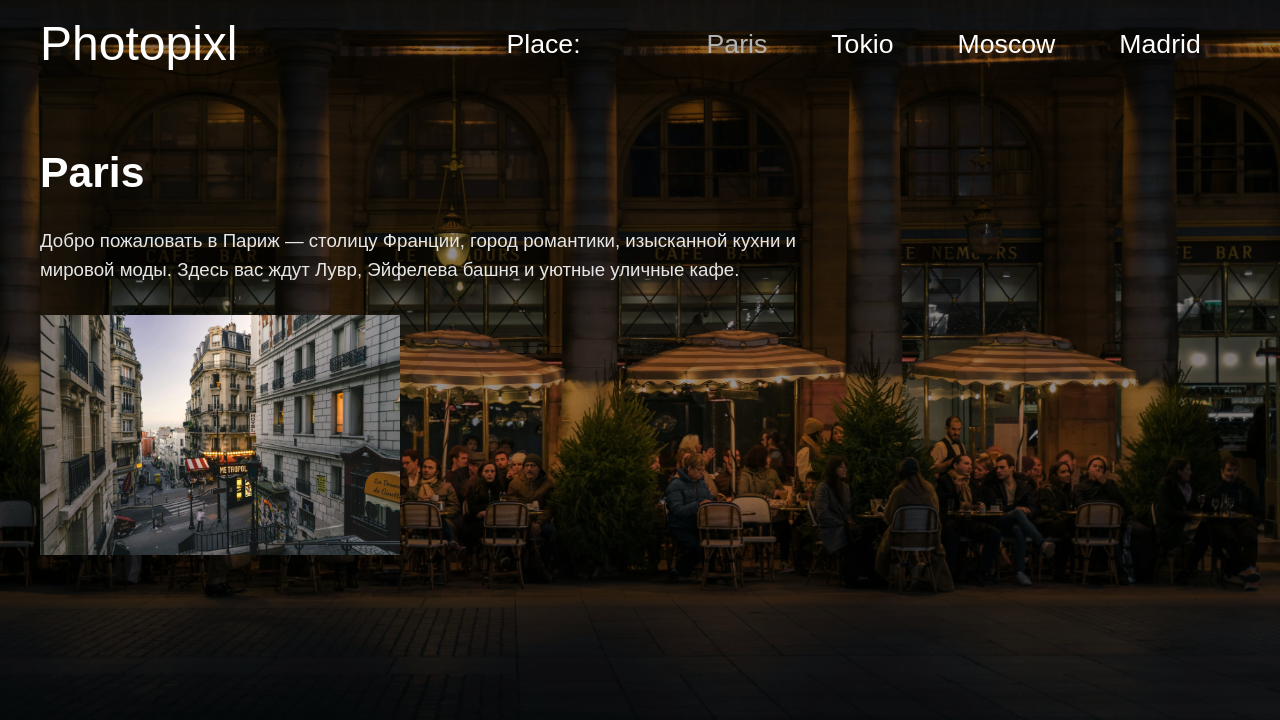
Repository: git-daniil/place-site
Page: index.html
These files come from the project's save history. The page is drawn as it stood at one moment and after the next save; the edit follows.
The browser window is 1280 px wide. The pictures show the whole page.
Some web fonts or font styles are not loaded; a fallback is used.

Above is the page before, as saved 2026-05-19 18:04:31.

### index.html
<!DOCTYPE html>
<html lang="ru">
<head>
    <meta charset="UTF-8">
    <meta name="viewport" content="width=device-width, initial-scale=1.0">
    <title>Photopixl — Paris</title>
    <link rel="stylesheet" href="style.css">
</head>
<body class="paris-page">

    <nav class="navbar">
        <a href="index.html" class="logo">Photopixl</a>
        <div class="place-label">Place:</div>
        <div class="nav-links">
            <a href="index.html" class="city-link active">Paris</a>
            <a href="tokio.html" class="city-link">Tokio</a>
            <a href="moscow.html" class="city-link">Moscow</a>
            <a href="madrid.html" class="city-link">Madrid</a>
        </div>
    </nav>

    <main class="content-section">
        <h1>Paris</h1>
        <p>Добро пожаловать в Париж — столицу Франции, город романтики, изысканной кухни и мировой моды. Здесь вас ждут Лувр, Эйфелева башня и уютные уличные кафе.</p>
        <img src="paris1.webp" alt="Paris" class="content-image">
    </main>

</body>
</html>

### style.css
@font-face {
    font-family: 'Gilroy-Regular';
    src: local('Gilroy-Regular'), url('fonts/Gilroy-Regular.woff2') format('woff2');
    font-weight: normal;
    font-style: normal;
}
@font-face {
    font-family: 'Seenonim';
    src: local('Seenonim'), url('fonts/Seenonim.woff2') format('woff2');
    font-weight: normal;
    font-style: normal;
}

body {
    margin: 0;
    padding: 0;
    background-color: #ffffff;
    font-family: Arial, sans-serif;
}

.navbar {
    display: flex;
    align-items: center;
    background: none;
    padding: 20px 40px;
}

.logo {
    font-family: 'Gilroy-Regular', sans-serif;
    font-size: 36pt;
    color: #000000;
    line-height: 1;
    text-decoration: none;
}

.place-label {
    font-family: 'Seenonim', sans-serif;
    font-size: 20pt;
    color: #000000;
    margin-left: 269px;
    line-height: 1;
}

.nav-links {
    display: flex;
    margin-left: 126px;
}

.city-link {
    font-family: 'Seenonim', sans-serif;
    font-size: 20pt;
    color: #000000;
    text-decoration: none;
    line-height: 1;
}

.city-link.active {
    color: #8c8c8c;
}

.city-link:not(:last-child) {
    margin-right: 64px;
}

.content-section {
    padding: 60px 40px;
}

.content-section h1 {
    font-size: 32pt;
    margin-top: 0;
    font-family: 'Gilroy-Regular', sans-serif;
}

.content-section p {
    font-size: 14pt;
    color: #333333;
    line-height: 1.6;
    max-width: 800px;
}

.content-image {
    display: block;
    max-width: 30%;
    height: auto;
    margin-top: 30px;
}

body.paris-page {
    background-image: linear-gradient(rgba(0, 0, 0, 0.4), rgba(0, 0, 0, 0.4)), url('paris-bg.webp');
    background-size: cover;
    background-position: center;
    background-repeat: no-repeat;
    background-attachment: fixed;
    min-height: 100vh;
}

body.paris-page .logo {
    color: #ffffff;
}

body.paris-page .place-label {
    color: #ffffff;
}

body.paris-page .city-link {
    color: #ffffff;
}

body.paris-page .city-link.active {
    color: #b3b3b3;
}

body.paris-page .content-section h1 {
    color: #ffffff;
}

body.paris-page .content-section p {
    color: #e6e6e6;
}

After the next save:
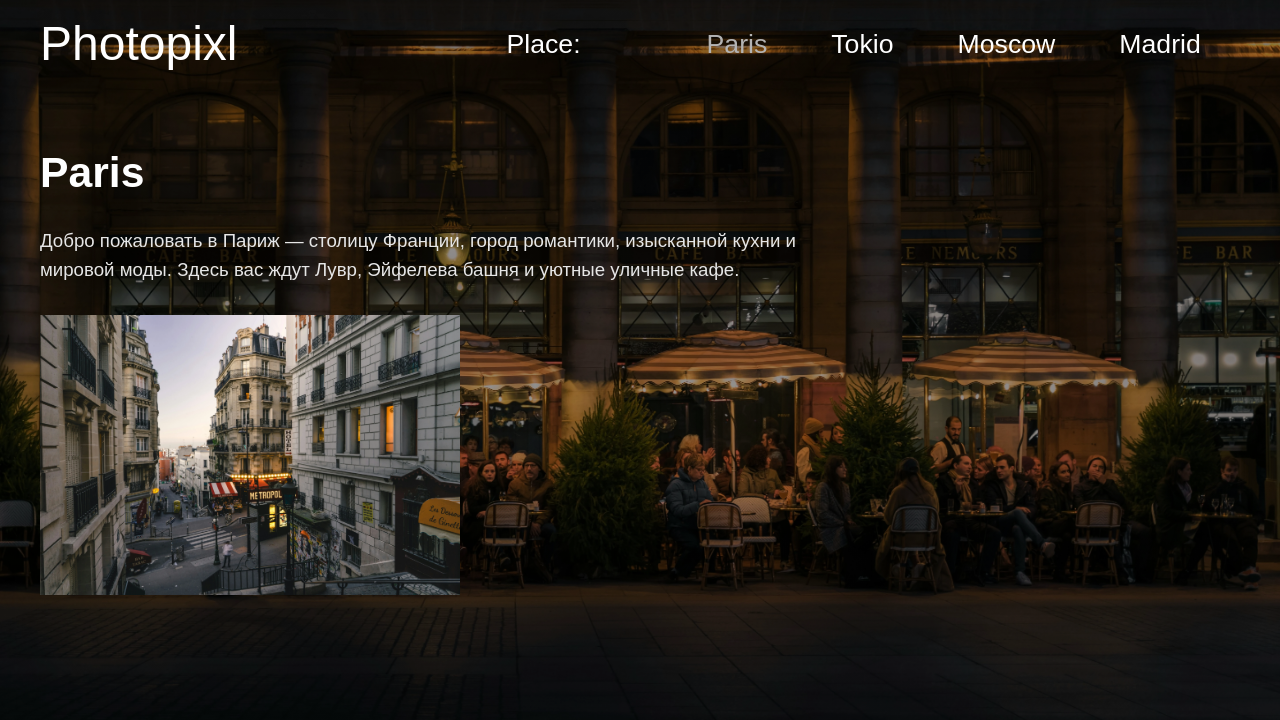
Saved 9 s later.
--- a/style.css
+++ b/style.css
@@ -81,7 +81,7 @@ body {
 
 .content-image {
     display: block;
-    max-width: 30%;
+    max-width: 35%;
     height: auto;
     margin-top: 30px;
 }
